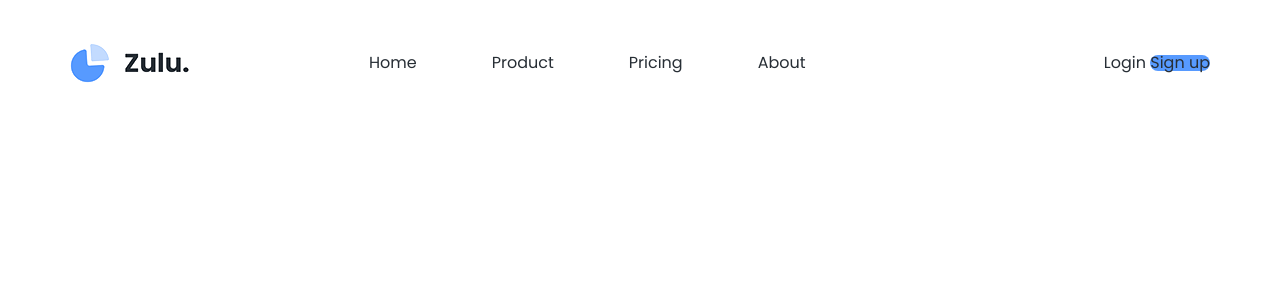
Repository: baodien1405/zulu-landing-page
Page: index.html
An editor plug-in stored every save of this project. The page is shown before and after the next save, followed by the edit.
The browser window is 1280 px wide. The pictures show the whole page.
The style sheet was rebuilt from its Sass, Less or Tailwind sources for each picture, by a compiler version that may differ from the author's.

Above is the page before, as saved 2021-06-22 10:34:25.

### index.html
<!DOCTYPE html>
<html lang="en">
<head>
  <meta charset="UTF-8">
  <meta http-equiv="X-UA-Compatible" content="IE=edge">
  <meta name="viewport" content="width=device-width, initial-scale=1.0">
  <link rel="preconnect" href="https://fonts.gstatic.com">
  <link href="https://fonts.googleapis.com/css2?family=Poppins:wght@300;400;600;700&display=swap" rel="stylesheet">
  <link rel="stylesheet" href="./styles.css">
  <title>Zulu</title>
</head>
<body>
  <div class="wrapper">
    <div class="container">
      <header class="header">
        <a href="index.html" class="header-logo">
          <img src="/images/logo.png" alt="" class="header-logo-image">
        </a>
        <ul class="header-menu">
          <li class="header-menu-item">
            <a href="#" class="header-menu-link">Home</a>
          </li>
          <li class="header-menu-item">
            <a href="#" class="header-menu-link">Product</a>
          </li>
          <li class="header-menu-item">
            <a href="#" class="header-menu-link">Pricing</a>
          </li>
          <li class="header-menu-item">
            <a href="#" class="header-menu-link">About</a>
          </li>
        </ul>
        <div class="header-auth">
          <a href="#" class="button">Login</a>
          <a href="#" class="button button--primary">Sign up</a>
        </div>
      </header>
      <section class="banner"></section>
    </div>
  </div>
</body>
</html>

### styles.scss
$gray-dark: #272e35;
$primary-color: #579aff;
* {
  margin: 0;
  padding: 0;
  box-sizing: border-box;
}

body {
  overflow-x: hidden;
}

img {
  display: block;
  max-width: 100%;
}

a {
  text-decoration: none;
}

body {
  font-family: "Poppins", sans-serif;
  font-size: 16px;
  line-height: 1;
  background-color: #fff;
}

.wrapper {
  min-width: 1140px;
  margin: 0 auto;
}

.container {
  max-width: 1170px;
  padding: 0 15px;
  margin: 0 auto;
}

.header {
  padding-top: 43px;
  display: flex;
  align-items: center;

  &-logo {
    display: inline-block;
    margin-right: 180px;
  }

  &-menu {
    display: flex;
    align-items: center;
    list-style: none;

    &-item:not(:first-child) {
      margin-left: 75px;
    }

    &-link {
      color: $gray-dark;
      transition: color 0.2s ease-in-out;
      &:hover {
        color: $primary-color;
      }
    }
  }

  &-auth {
    margin-left: auto;

    .button {
      display: inline-block;
      padding: 20 45px;
      color: $gray-dark;
      background-color: transparent;
      border-radius: 10px;

      &.button--primary {
        background-color: $primary-color;
      }
    }
  }

}

After the next save:
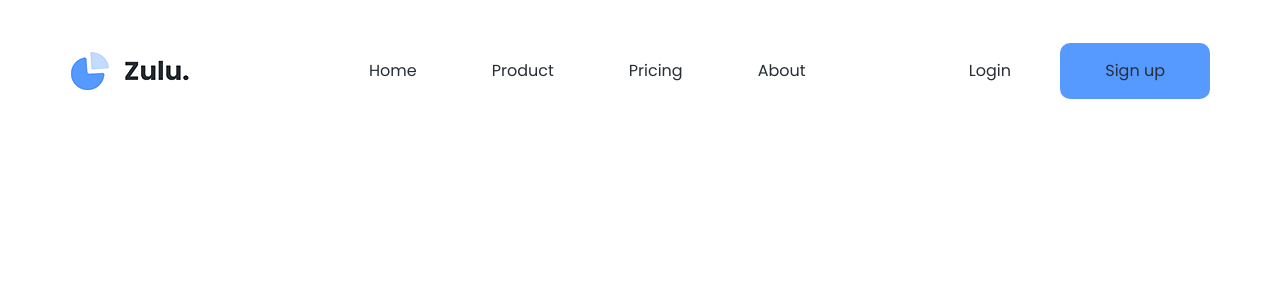
Saved 10 s later.
--- a/styles.scss
+++ b/styles.scss
@@ -70,7 +70,7 @@ body {
 
     .button {
       display: inline-block;
-      padding: 20 45px;
+      padding: 20px 45px;
       color: $gray-dark;
       background-color: transparent;
       border-radius: 10px;
